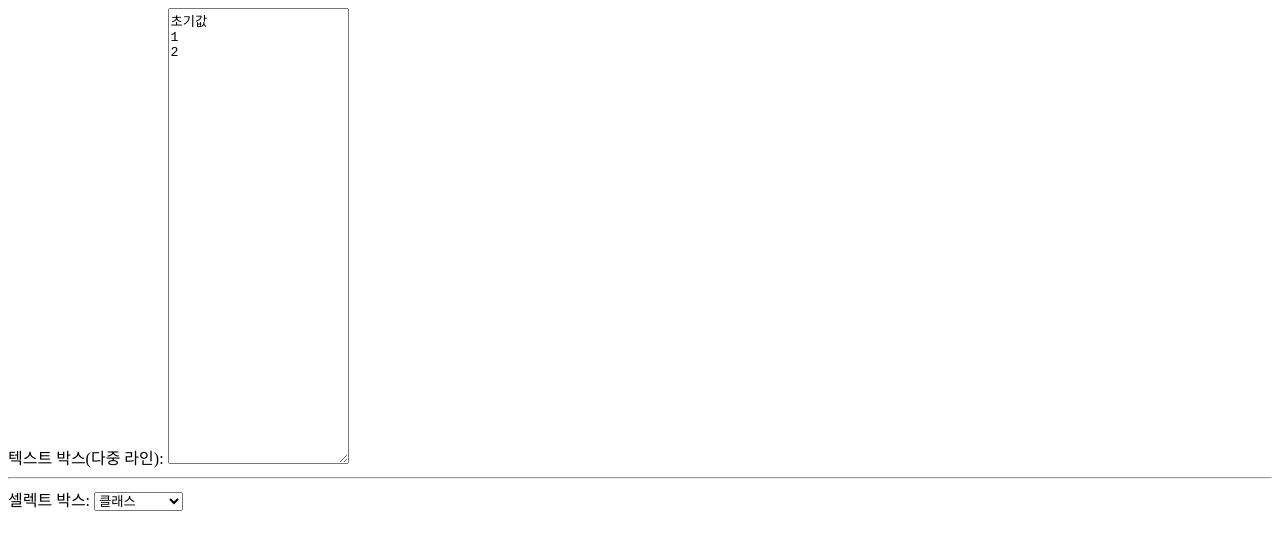
Repository: heoSuKyeong/client_Ssanyong
Page: ClientTest/src/main/webapp/html/ex18_form.html
An editor plug-in stored every save of this project. The page is shown before and after the next save, followed by the edit.
The browser window is 1280 px wide. The pictures show the whole page.

Above is the page before, as saved 2023-09-23 08:43:52.

### ClientTest/src/main/webapp/html/ex18_form.html
<!DOCTYPE html>
<html>
<head>
<meta charset="UTF-8">
<title>Insert title here</title>
</head>
<body>

	<form method="POST" action="ex18_server.jsp">

		텍스트 박스(다중 라인):
		<textarea cols="20" rows="30">
초기값
1
2</textarea>
		<hr>

		셀렉트 박스:
		<select>
			<optgroup label="자바">
				<option>클래스</option>
				<option>메소드</option>
				<option>배열</option>
			</optgroup>
			<optgroup label="오라클">
					<option>테이블</option>
					<option>서브쿼리</option>
					<option>조인</option>
					<option>프로시저</option>
			</optgroup>
			<optgroup label="HTML">
				<option>태그</option>
				<option>엔티티</option>
				<option>PCDATA</option>
			</optgroup>

		</select>


	</form>
</body>
</html>

After the next save:
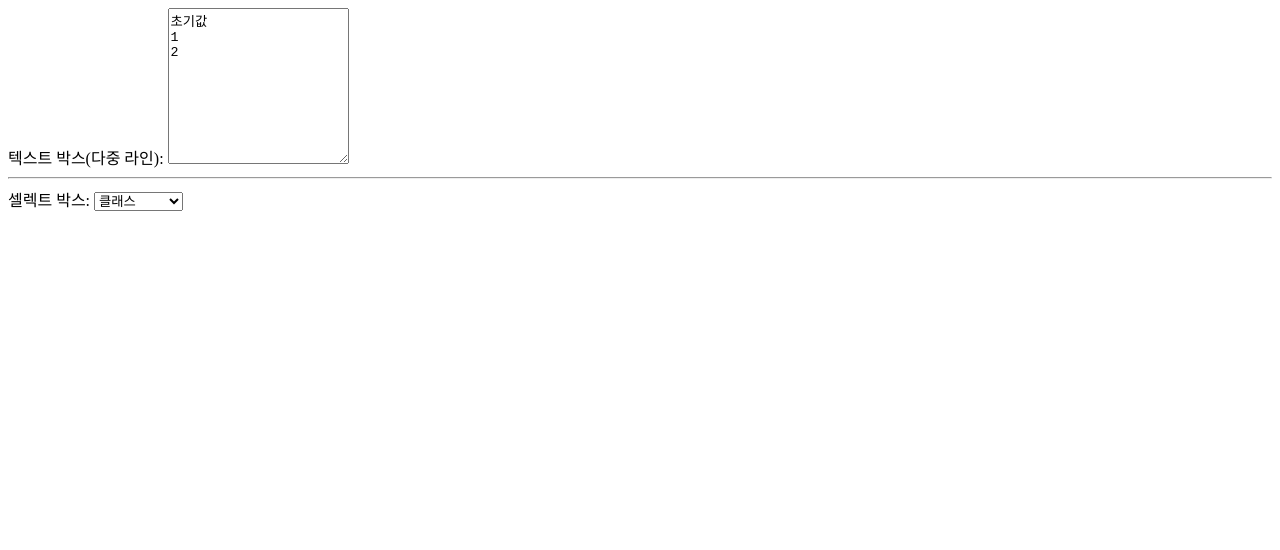
Saved 10 s later.
--- a/ClientTest/src/main/webapp/html/ex18_form.html
+++ b/ClientTest/src/main/webapp/html/ex18_form.html
@@ -9,7 +9,7 @@
 	<form method="POST" action="ex18_server.jsp">
 
 		텍스트 박스(다중 라인):
-		<textarea cols="20" rows="30">
+		<textarea cols="20" rows="10">
 초기값
 1
 2</textarea>
